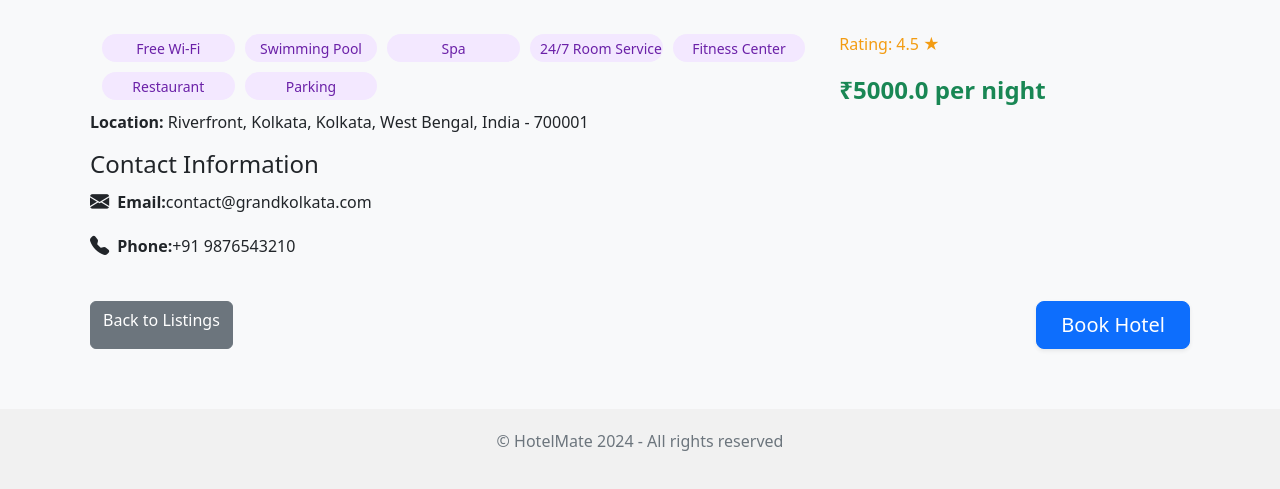
Repository: himanshu2k23/HoteMate
Page: http://localhost/HotelMate/details.jsp
An editor plug-in stored every save of this project. The page is shown before and after the next save, followed by the edit.
The browser window is 1280 px wide. The pictures show the part of the page from y = 706 to 1195 px (the page is 1195 px tall before and 1161 px after).
The page is served by Tomcat 10.

Above is the page before, as saved 2025-01-13 19:32:56.

After the next save:
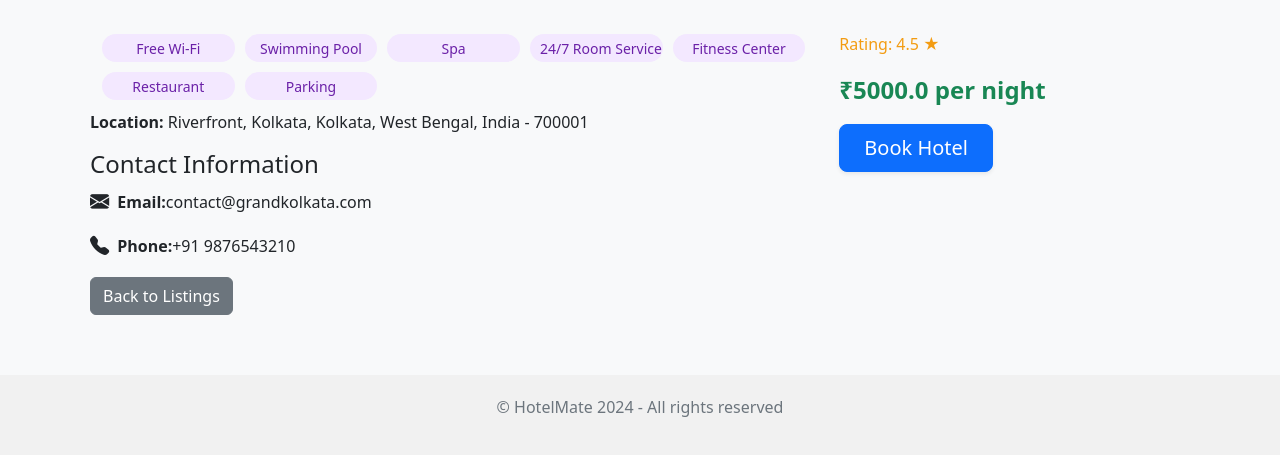
Saved 53 s later.
--- a/HotelMate/src/main/webapp/details.jsp
+++ b/HotelMate/src/main/webapp/details.jsp
@@ -174,18 +174,16 @@
 					₹<%=pricePerNight%>
 					per night
 				</p>
+				<a href=""
+					class="btn btn-primary btn-lg px-4 py-2 shadow-sm hover-shadow-lg transition-all">Book
+					Hotel</a>
 
 			</div>
 
 		</div>
 
-		<div class="d-flex justify-content-between mt-4">
-			<a href="HotelDataServlet" class="btn btn-secondary">Back to
-				Listings</a> <a href=""
-				class="btn btn-primary btn-lg px-4 py-2 shadow-sm hover-shadow-lg transition-all">Book
-				Hotel</a>
-
-		</div>
+		<a href="HotelDataServlet" class="btn btn-secondary">Back to
+			Listings</a>
 
 	</div>
 

After the save that followed:
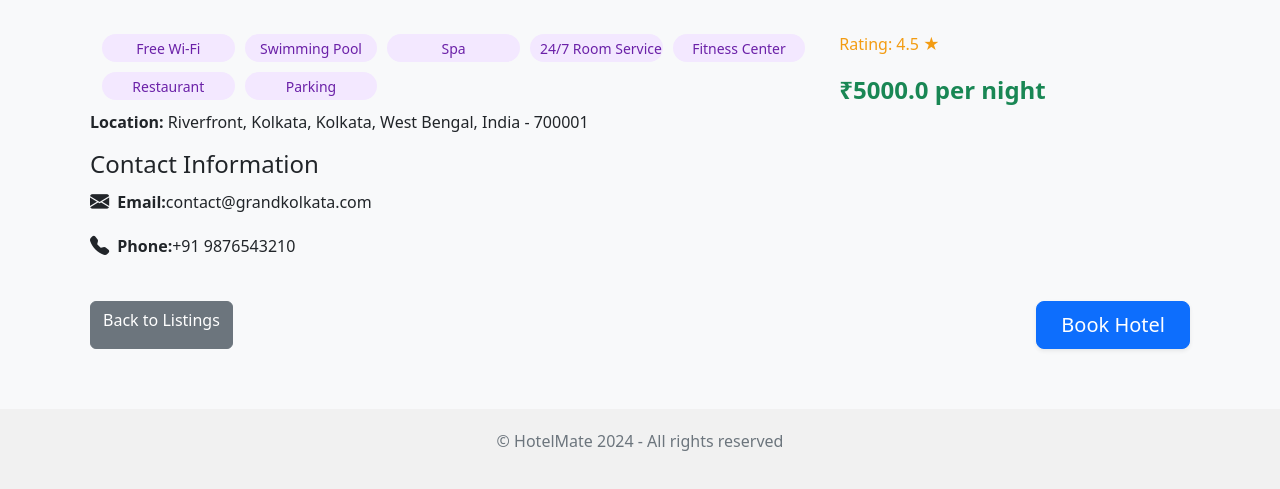
Saved 17 s later.
--- a/HotelMate/src/main/webapp/details.jsp
+++ b/HotelMate/src/main/webapp/details.jsp
@@ -174,16 +174,18 @@
 					₹<%=pricePerNight%>
 					per night
 				</p>
-				<a href=""
-					class="btn btn-primary btn-lg px-4 py-2 shadow-sm hover-shadow-lg transition-all">Book
-					Hotel</a>
 
 			</div>
 
 		</div>
 
-		<a href="HotelDataServlet" class="btn btn-secondary">Back to
-			Listings</a>
+		<div class="d-flex justify-content-between mt-4">
+			<a href="HotelDataServlet" class="btn btn-secondary">Back to
+				Listings</a> <a href=""
+				class="btn btn-primary btn-lg px-4 py-2 shadow-sm hover-shadow-lg transition-all">Book
+				Hotel</a>
+
+		</div>
 
 	</div>
 
